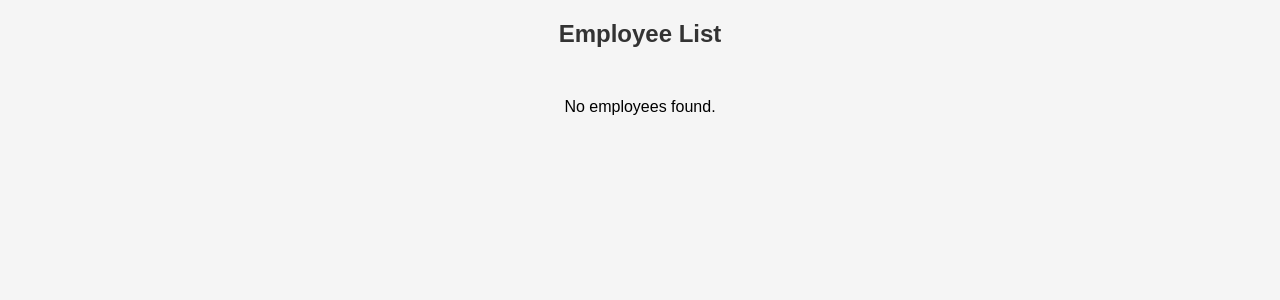
Repository: sweekrithishetty28/Employee_Salary_Management
Page: http://localhost/EmployeeWebApp/empdisplay.jsp
An editor plug-in stored every save of this project. The page is shown before and after the next save, followed by the edit.
The browser window is 1280 px wide. The pictures show the whole page.
The page is served by Tomcat 9. Other server files are loaded and not shown. Queries for data that is not in the repository find no rows.

Above is the page before, as saved 2025-05-27 15:51:14.

### Employee Salary Mangement/EmployeeWebApp/src/main/webapp/empdisplay.jsp
<%@ page import="java.sql.*, java.util.*, java.time.LocalDate" %>
<%@ page contentType="text/html;charset=UTF-8" language="java" %>
<html>
<head>
<title>Employee List</title>
<style>
body {
    font-family: Arial, sans-serif;
    margin: 0;
    padding: 20px;
    background-color: #f5f5f5;
}

h2 {
    text-align: center;
    color: #333;
    margin-bottom: 30px;
}

table {
    width: 90%;
    margin: 0 auto;
    background-color: white;
    border-radius: 8px;
    overflow: hidden;
    box-shadow: 0 2px 10px rgba(0,0,0,0.1);
}

th, td {
    padding: 12px;
    text-align: left;
    border-bottom: 1px solid #ddd;
}

th {
    background-color: #007bff;
    color: white;
    font-weight: bold;
}

tr:hover {
    background-color: #f8f9fa;
}

.message {
    text-align: center;
    padding: 20px;
    font-size: 16px;
}

.error {
    color: #dc3545;
    background-color: #f8d7da;
    border: 1px solid #f5c6cb;
    border-radius: 4px;
    padding: 10px;
    margin: 20px auto;
    width: 80%;
}
</style>
</head>
<body>
<h2>Employee List</h2>

<%
// JDBC setup
String url = "jdbc:mysql://localhost:3306/employeedb";
String user = "root";
String pass = "";
Connection con = null;
Statement stmt = null;
ResultSet rs = null;

try {
    Class.forName("com.mysql.cj.jdbc.Driver");
    con = DriverManager.getConnection(url, user, pass);
    stmt = con.createStatement();
    rs = stmt.executeQuery("SELECT * FROM Employee");

    if (!rs.isBeforeFirst()) {
%>
<div class="message">No employees found.</div>
<%
    } else {
%>
<table>
<tr>
<th>Emp No</th>
<th>Name</th>
<th>Date of Joining</th>
<th>Gender</th>
<th>Salary</th>
</tr>
<%
        while (rs.next()) {
%>
<tr>
<td><%= rs.getInt("Empno") %></td>
<td><%= rs.getString("EmpName") %></td>
<td><%= rs.getDate("DoJ") %></td>
<td><%= rs.getString("Gender") %></td>
<td><%= rs.getDouble("Bsalary") %></td>
</tr>
<%
        } // end while
%>
</table>
<%
    } // end else
} catch (Exception e) {
%>
<div class="error">Error: <%= e.getMessage() %></div>
<%
} finally {
    try { if (rs != null) rs.close(); } catch (Exception e) {}
    try { if (stmt != null) stmt.close(); } catch (Exception e) {}
    try { if (con != null) con.close(); } catch (Exception e) {}
}
%>

</body>
</html>

After the next save:
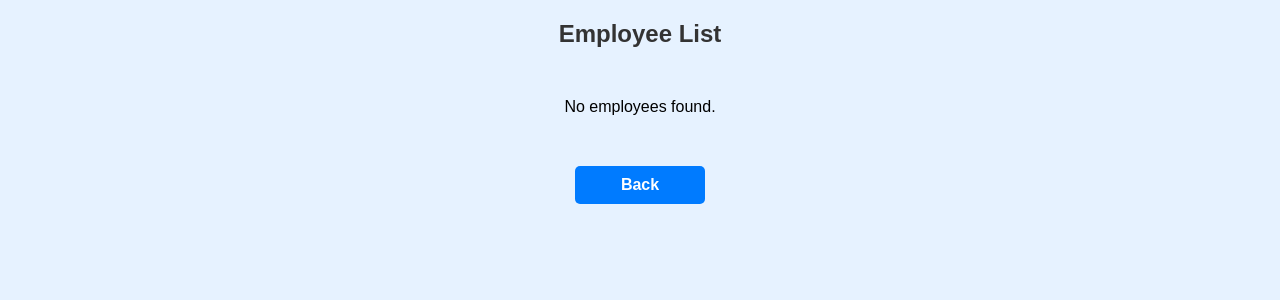
Saved 3 min 37 s later.
--- a/Employee Salary Mangement/EmployeeWebApp/src/main/webapp/empdisplay.jsp
+++ b/Employee Salary Mangement/EmployeeWebApp/src/main/webapp/empdisplay.jsp
@@ -8,7 +8,7 @@ body {
     font-family: Arial, sans-serif;
     margin: 0;
     padding: 20px;
-    background-color: #f5f5f5;
+    background-color: #e6f2ff; /* Changed to light blue */
 }
 
 h2 {
@@ -57,13 +57,30 @@ tr:hover {
     margin: 20px auto;
     width: 80%;
 }
+
+/* Style for Back button */
+.back-btn {
+    display: block;
+    width: 100px;
+    margin: 30px auto 0 auto;
+    padding: 10px 15px;
+    background-color: #007bff;
+    color: white;
+    text-align: center;
+    text-decoration: none;
+    border-radius: 5px;
+    font-weight: bold;
+    font-size: 16px;
+}
+.back-btn:hover {
+    background-color: #0056b3;
+}
 </style>
 </head>
 <body>
 <h2>Employee List</h2>
 
 <%
-// JDBC setup
 String url = "jdbc:mysql://localhost:3306/employeedb";
 String user = "root";
 String pass = "";
@@ -79,7 +96,7 @@ try {
 
     if (!rs.isBeforeFirst()) {
 %>
-<div class="message">No employees found.</div>
+    <div class="message">No employees found.</div>
 <%
     } else {
 %>
@@ -102,11 +119,11 @@ try {
 <td><%= rs.getDouble("Bsalary") %></td>
 </tr>
 <%
-        } // end while
+        }
 %>
 </table>
 <%
-    } // end else
+    }
 } catch (Exception e) {
 %>
 <div class="error">Error: <%= e.getMessage() %></div>
@@ -118,5 +135,8 @@ try {
 }
 %>
 
+<!-- Back button -->
+<a href="index.jsp" class="back-btn">Back</a>
+
 </body>
 </html>
